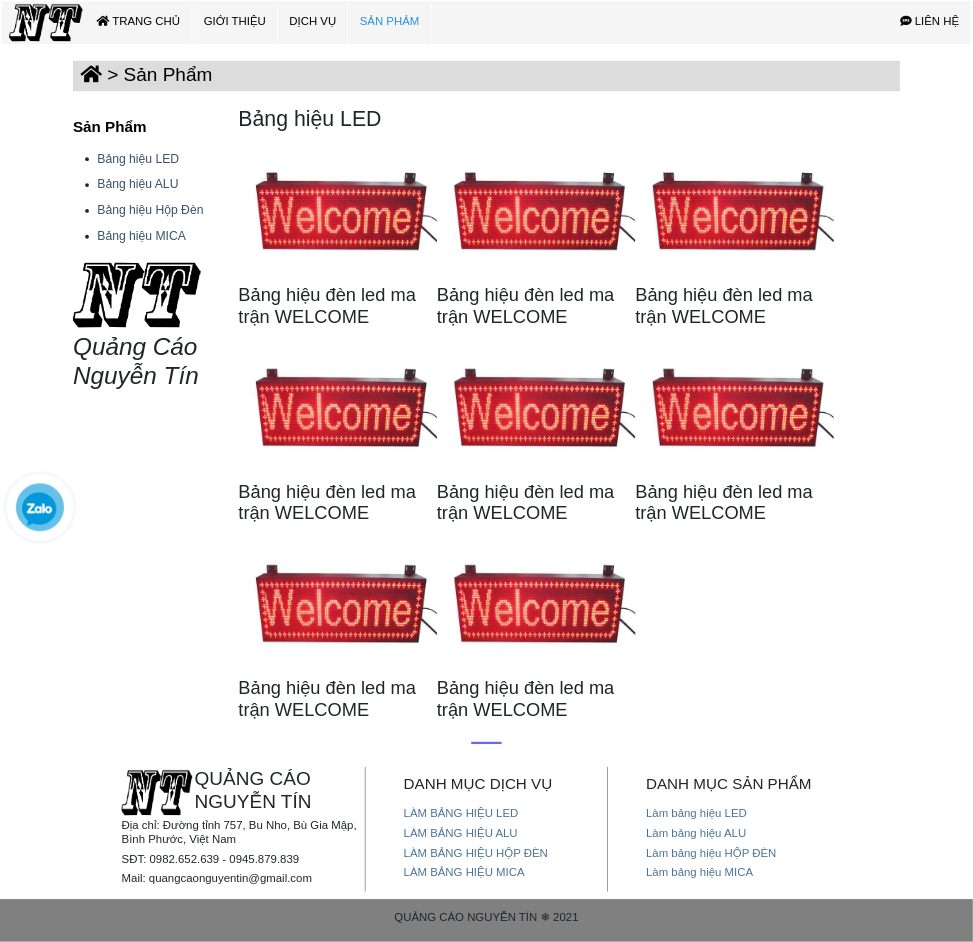
Repository: Haunguyen42193/quangcaonguyentin.github.io
Page: product.html
An editor plug-in stored every save of this project. The page is shown before and after the next save, followed by the edit.
The browser window is 1280 px wide. The pictures show the whole page, at 76% of full size.
Some web fonts or font styles are not loaded; a fallback is used. Some web libraries are served in a nearby version.

Above is the page before, as saved 2021-10-13 16:55:22.
Console error: ReferenceError: init is not defined

After the next save:
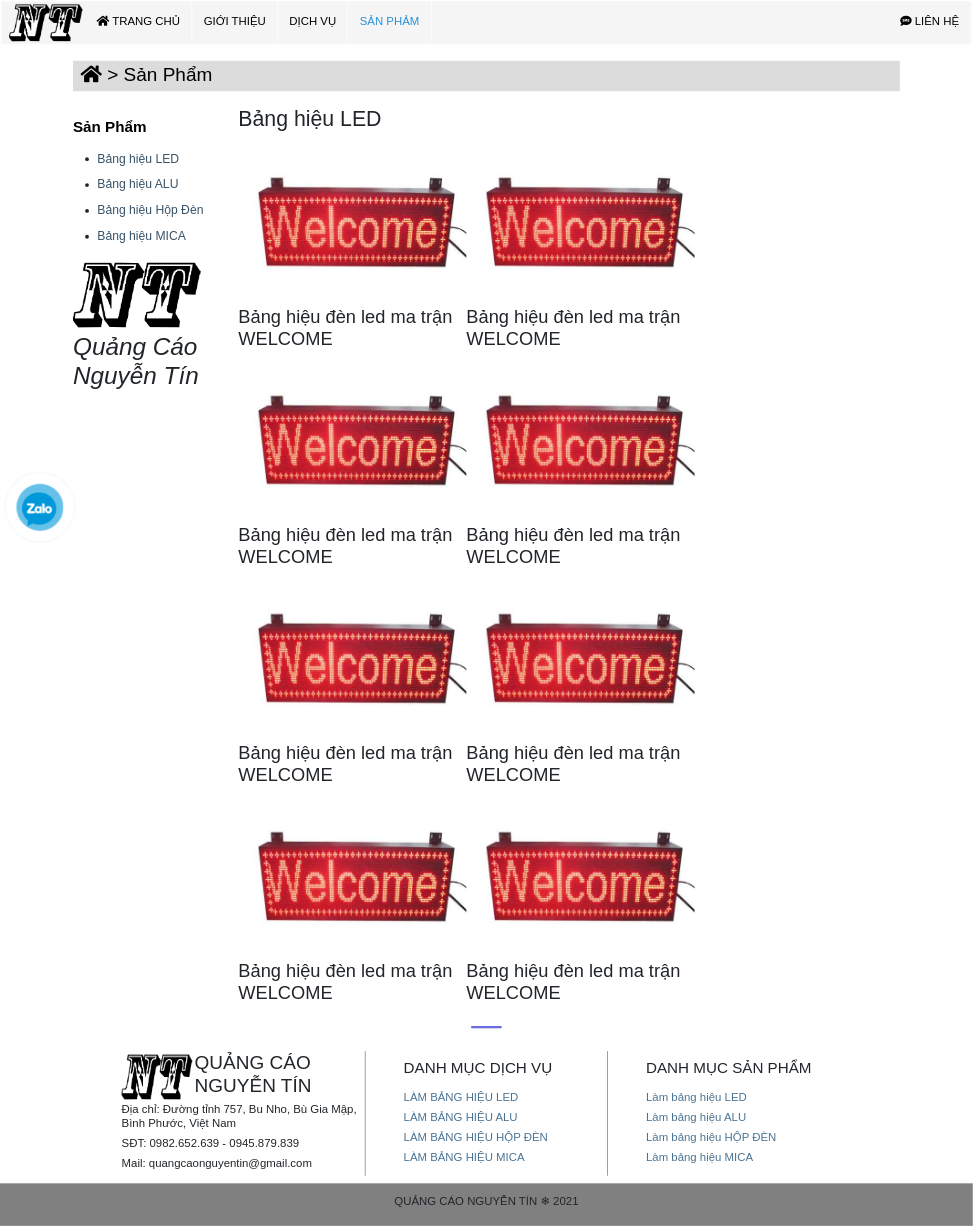
Saved 3 min 28 s later.
--- a/CSS/styleproduct.css
+++ b/CSS/styleproduct.css
@@ -328,7 +328,7 @@ div.product-content-contents{
     flex-wrap: wrap;
 }
 div.product-content-contents > div{
-    width: 30%;
+    width: 300px;
 }
 div.product-content-contents > div > img{
     width: 100%;
